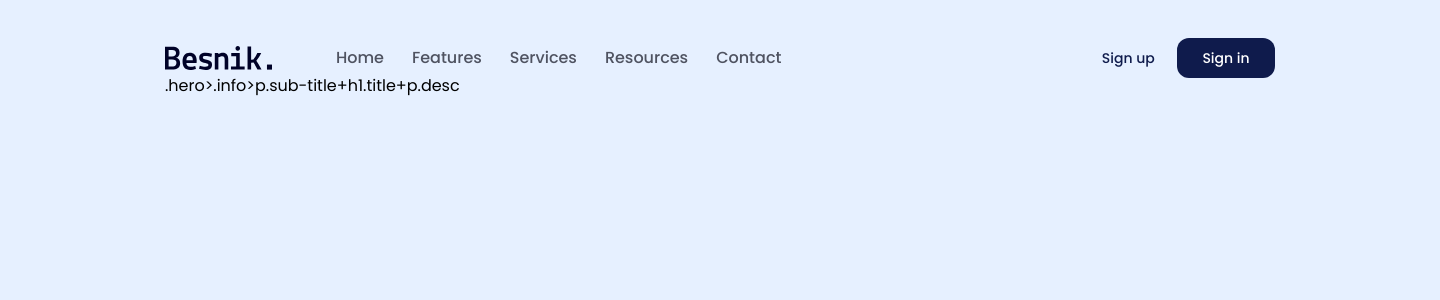
Repository: datvu1608/dv-htmlcss-01
Page: index.html
An editor plug-in stored every save of this project. The page is shown before and after the next save, followed by the edit.
The browser window is 1280 px wide. The page is 1440 px wide, so the pictures cover 1440 px, including what lies to the right of the window. The pictures show the whole page.

Above is the page before, as saved 2023-06-01 14:45:17.

After the next save:
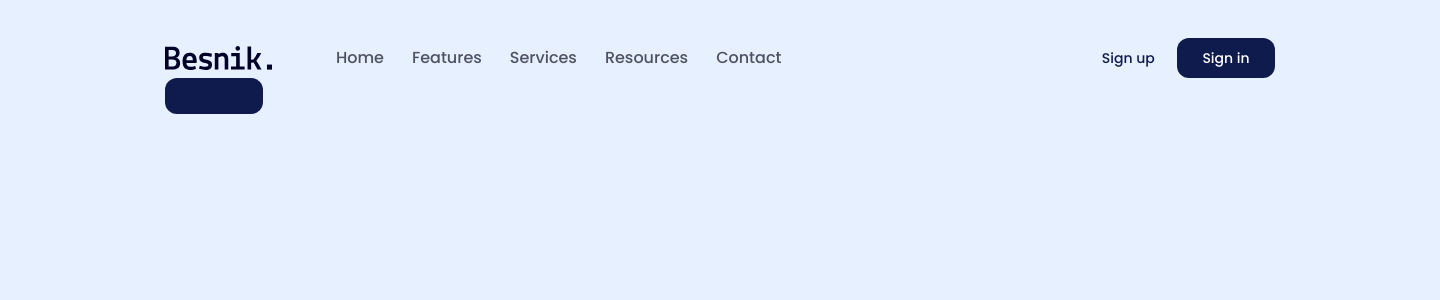
Saved 7 s later.
--- a/index.html
+++ b/index.html
@@ -31,7 +31,14 @@
               <a href="#!" class="btn action-btn">Sign in</a>
             </div>
           </nav>
-          .hero>.info>p.sub-title+h1.title+p.desc
+          <div class="hero">
+            <div class="info">
+              <p class="sub-title"></p>
+              <h1 class="title"></h1>
+              <p class="desc"></p>
+              <a href="" class="btn"></a>
+            </div>
+          </div>
         </div>
       </header>
     </main>
